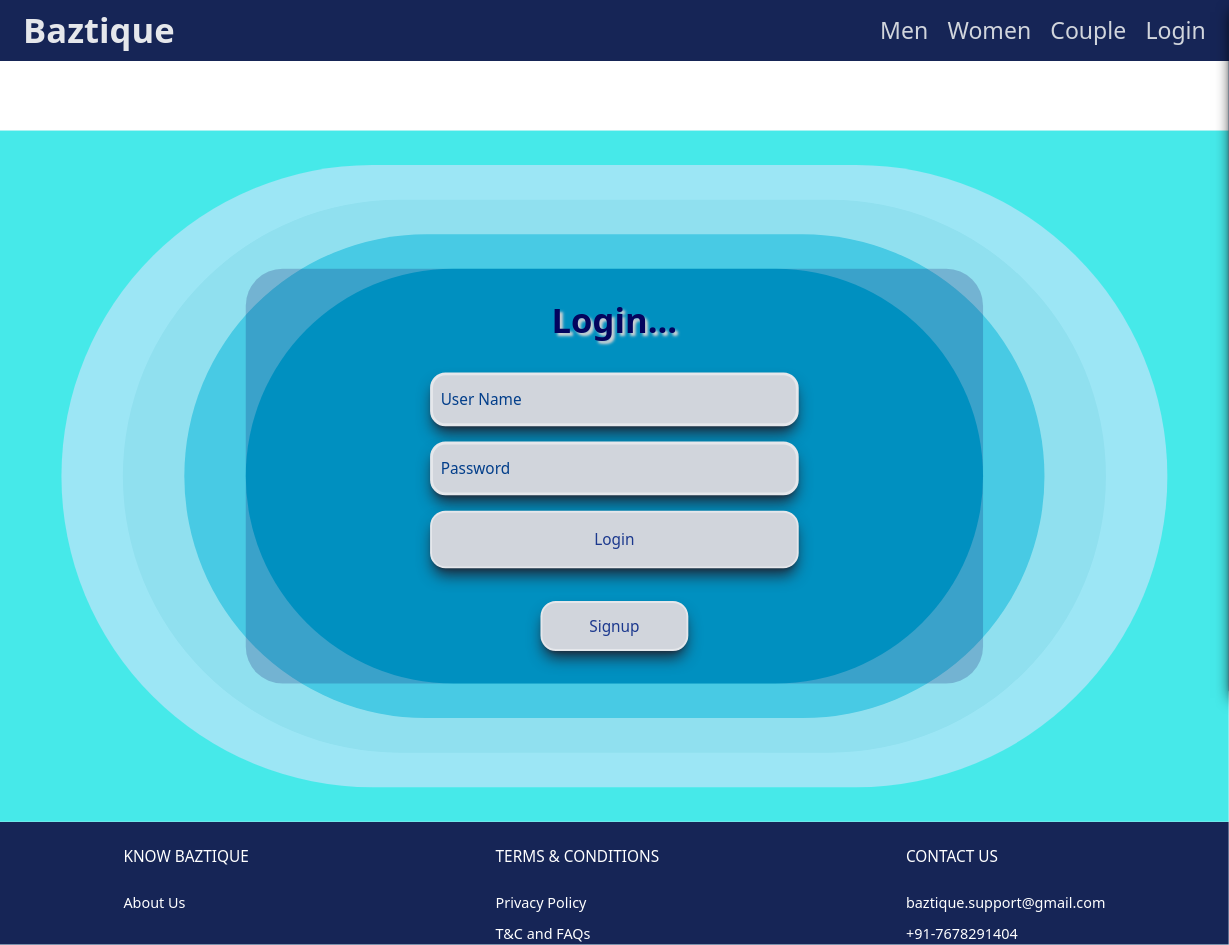
Repository: shahbazkarimi123/Baztique
Page: /watches/login (app in client/baztique/)
An editor plug-in stored every save of this project. The page is shown before and after a run of saves, followed by the edit.
The browser window is 1280 px wide. The pictures show the whole page, at 96% of full size.
The project was rebuilt for these pictures with package versions that can differ from the ones it lists, and the page was loaded fresh each time. Also part of the build but not shown: client/baztique/vite.config.ts, client/baztique/src/components/pages/home/homePage.css, client/baztique/src/services/HomePageServices.tsx, client/baztique/src/components/pages/home/box/WatchCard.tsx, client/baztique/src/components/pages/home/box/WatchList.tsx, client/baztique/src/components/pages/home/image-slider/imageSlider.css, client/baztique/src/components/pages/home/image-slider/ImageSlider.tsx, client/baztique/src/components/pages/home/HomePage.tsx and 10 more.

Above is the page before, as saved 2025-08-22 05:42:29.

After the next 2 saves:
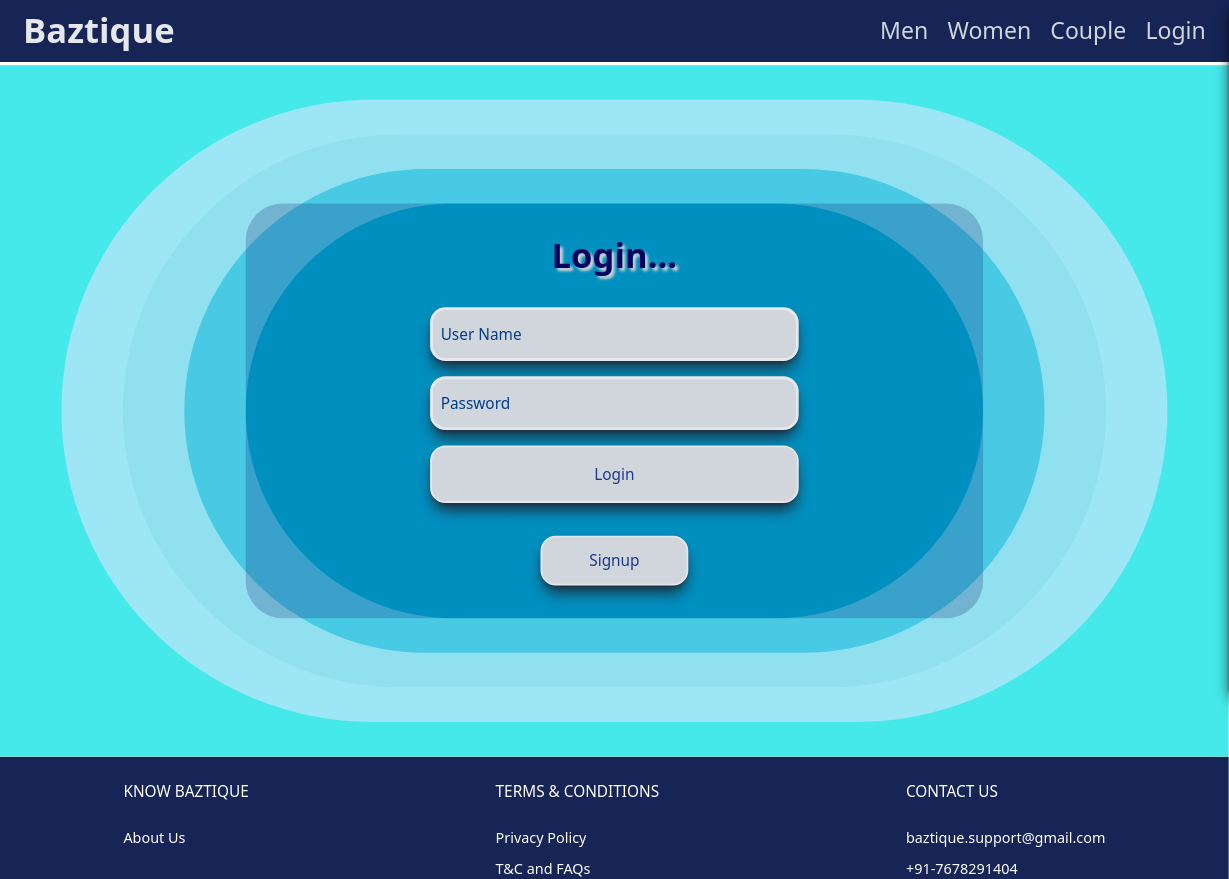
The 2 saves are shown as one change because they came seconds apart.
The last was saved 27 s later.
--- a/client/baztique/src/components/authentication/Login.tsx
+++ b/client/baztique/src/components/authentication/Login.tsx
@@ -1,6 +1,6 @@
 import "./login.css";
 import React, { useState } from "react";
-import { useNavigate , Link} from "react-router-dom";
+import { useNavigate, Link } from "react-router-dom";
 
 function LoginUser() {
   const [form, setForm] = useState({
@@ -14,21 +14,19 @@ function LoginUser() {
     setForm((prev) => ({
       ...prev,
       [name]: value,
-
     }));
   };
   const handleSubmit = (e: React.FormEvent) => {
     e.preventDefault();
-    if(form.userName==="karimi" && form.password==="123456"){
+    if (form.userName === "karimi" && form.password === "123456") {
       navigate("/");
-
-    }else{
+    } else {
       alert("Invalid User or Password");
     }
     console.log("Form data", form);
   };
   return (
-    <div className="main-content">
+    <div className="">
       <div className="relative w-screen h-screen bg-gray-100">
         <div className="absolute inset-0 bg-[#46e9e9] w-[100%] h-[100%] m-auto hover:bg-[#caf0f0]"></div>
         <div className="absolute inset-0 rounded-full bg-[#9ce6f5] w-[90%] h-[90%] m-auto hover:bg-[#caf0f0]"></div>
@@ -46,40 +44,44 @@ function LoginUser() {
             </div>
 
             <div className="">
-            <form onSubmit={handleSubmit} className="flex flex-col gap-7 md:gap-4 justify-center items-center">
-              <input
-                type="text"
-                name="userName"
-                placeholder="User Name"
-                value={form.userName}
-                onChange={handleChange}
-                className="bg-gray-300 w-[95%] md:w-[50%] h-14 rounded-2xl px-2 placeholder-[#023e8a]
+              <form
+                onSubmit={handleSubmit}
+                className="flex flex-col gap-7 md:gap-4 justify-center items-center"
+              >
+                <input
+                  type="text"
+                  name="userName"
+                  placeholder="User Name"
+                  value={form.userName}
+                  onChange={handleChange}
+                  className="bg-gray-300 w-[95%] md:w-[50%] h-14 rounded-2xl px-2 placeholder-[#023e8a]
                 border-3 border-gray-200 outline-gray-200 focus:ring-0 shadow-gray-800 shadow-lg text-blue-900 font-medium"
                 ></input>
-              <input
-                type="text"
-                name="password"
-                placeholder="Password"
-                value={form.password}
-                onChange={handleChange}
-                className="bg-gray-300 w-[95%] md:w-[50%] h-14 rounded-2xl px-2 placeholder-[#023e8a]
+                <input
+                  type="text"
+                  name="password"
+                  placeholder="Password"
+                  value={form.password}
+                  onChange={handleChange}
+                  className="bg-gray-300 w-[95%] md:w-[50%] h-14 rounded-2xl px-2 placeholder-[#023e8a]
                 border-3 border-gray-200 outline-gray-200 focus:ring-0 shadow-gray-800 shadow-lg text-blue-900 font-medium"
                 ></input>
                 <button
-                type="submit"
-                className=" bg-gray-300 w-[95%] md:w-[50%] py-4 rounded-2xl border-2 border-gray-200
+                  type="submit"
+                  className=" bg-gray-300 w-[95%] md:w-[50%] py-4 rounded-2xl border-2 border-gray-200
                 shadow-lg shadow-gray-800 text-blue-900 font-medium
                 hover:shadow-2xl hover:bg-gray-400 cursor-pointer"
                 >
-                Login
-              </button>
+                  Login
+                </button>
               </form>
             </div>
             <div className="flex justify-center">
-              <Link to={"/watches/signup"}
+              <Link
+                to={"/watches/signup"}
                 className=" bg-gray-300 w-[45%] md:w-[20%] py-3 text-center rounded-2xl border-2 border-gray-200
                 shadow-gray-800 shadow-lg text-blue-900 font-medium hover:bg-gray-400"
-                >
+              >
                 Signup
               </Link>
             </div>
